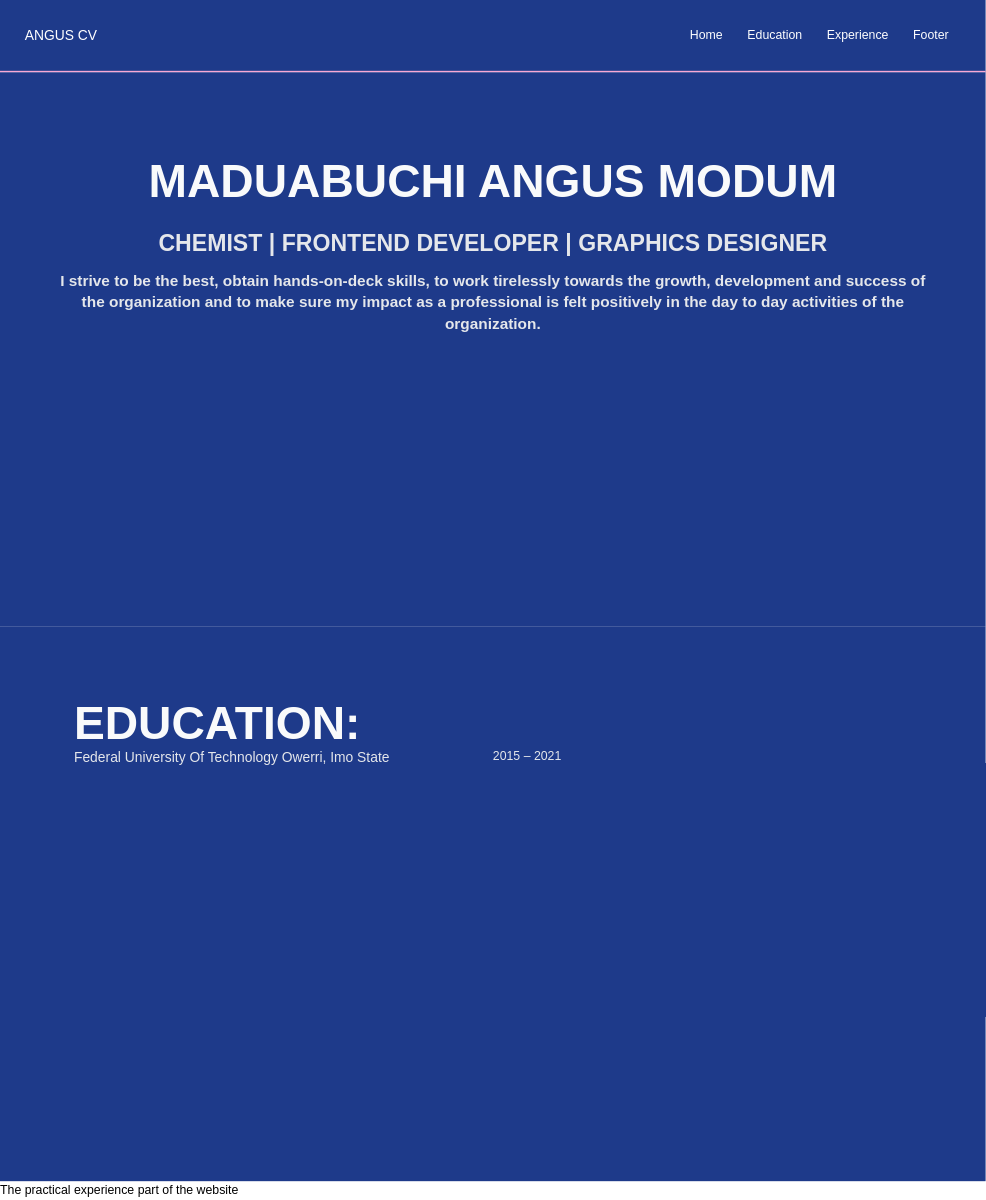
Repository: AngusOnyebuchi/AngusOnyebuchi.github.io
Page: /
The author's editor kept a copy of each file at every save. The page is drawn from the files as they stood at one save, then again after the next save.
The browser window is 1280 px wide. The pictures show the whole page, at 77% of full size.
The project was rebuilt for these pictures with package versions that can differ from the ones it lists, and the page was loaded fresh each time.

Above is the page before, as saved 2022-04-17 19:19:07.

After the next save:
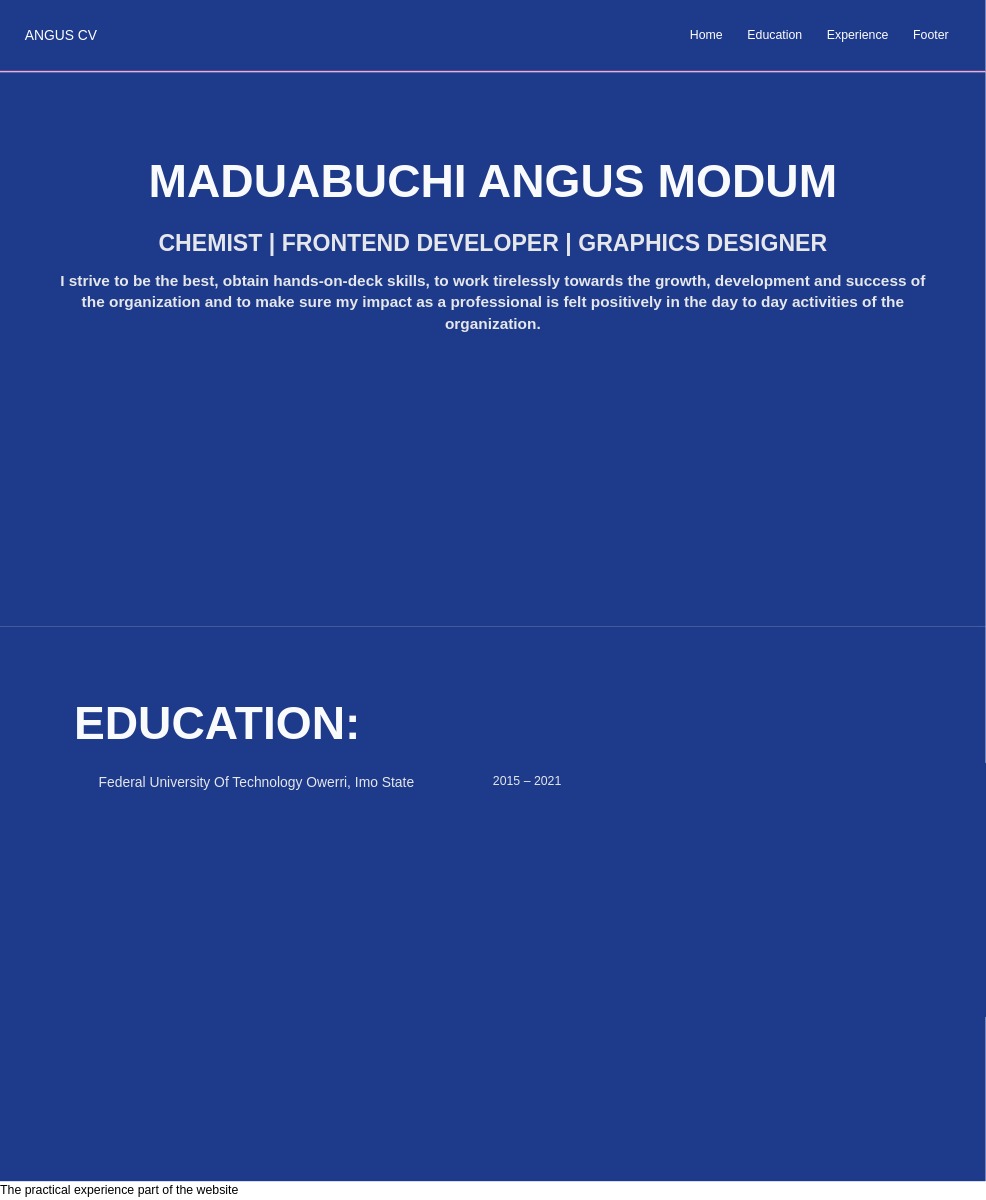
Saved 31 s later.
--- a/src/components/Education.js
+++ b/src/components/Education.js
@@ -4,7 +4,7 @@ export default function Education() {
     return(
         <div className="bg-blue-900 w-full h-screen text-gray-200">
             <h1 className="text-4xl md:text-6xl font-bold uppercase pt-24 text-left ml-24 text-gray-50">Education:</h1>
-            <div className="grid grid-cols-2 mx-24">
+            <div className="grid grid-cols-2 mx-24 p-8">
                 <h3 className="capitalize text-lg">Federal university of technology owerri, Imo state</h3>
                 <h4>2015 – 2021</h4>
             </div>
